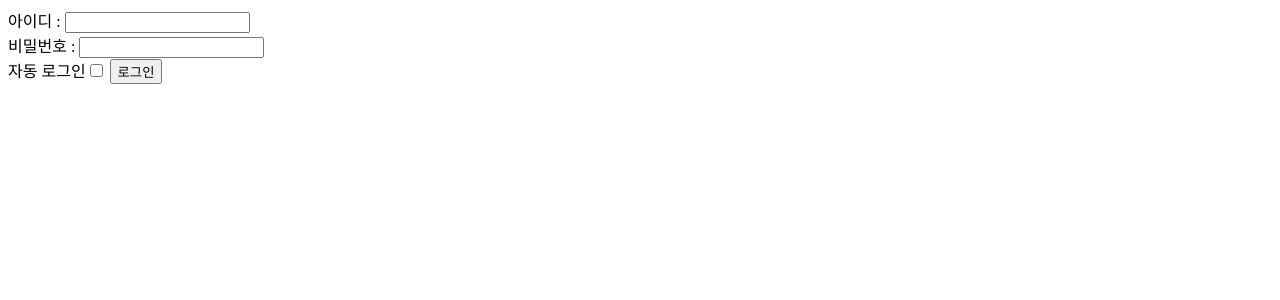
Repository: mickey530/jsp_practice
Page: http://localhost/JSPBasic/JspObject/3.cookie/cookie_login.jsp
An editor plug-in stored every save of this project. The page is shown before and after the next save, followed by the edit.
The browser window is 1280 px wide. The pictures show the whole page.
The page is served by Tomcat 9.

Above is the page before, as saved 2022-02-07 01:19:30.

### JSPBasic/src/main/webapp/JspObject/3.cookie/cookie_login.jsp
<%@ page language="java" contentType="text/html; charset=UTF-8"
    pageEncoding="UTF-8"%>
<%
	// 생성된 user_id쿠키를 검색해서 쿠키가 존재한다면
	// 로그인 창 대신에 브라우저에 "이미 로그인한 사용자입니다."
	// 를 출력해주시고, user_id가 없을 때는 로그인 입력창이 등장하도록
	// if~else문을 활용해주세요.
%>
<!DOCTYPE html>
<html>
<head>
<meta charset="UTF-8">
<title>Insert title here</title>
</head>
<body>
<!-- 로그인창은 form으로 구성해주시면 됩니다.
input text 1개(유저 아이디 입력), input password 1개(비밀번호 입력),
input checkbox 1개(자동로그인)
목적지는 cookie_login_ok.jsp 로 해주세요. -->

<form action="cookie_login_ok.jsp" mwthod="post">
	아이디 : <input type="text" name="userId"><br/>
	비밀번호 : <input type="password" name="userPw"><br/>
	자동 로그인<input type="checkbox" name="auto_login" value="on">
	<input type="submit" value="로그인">
</form>

</body>
</html>

After the next save:
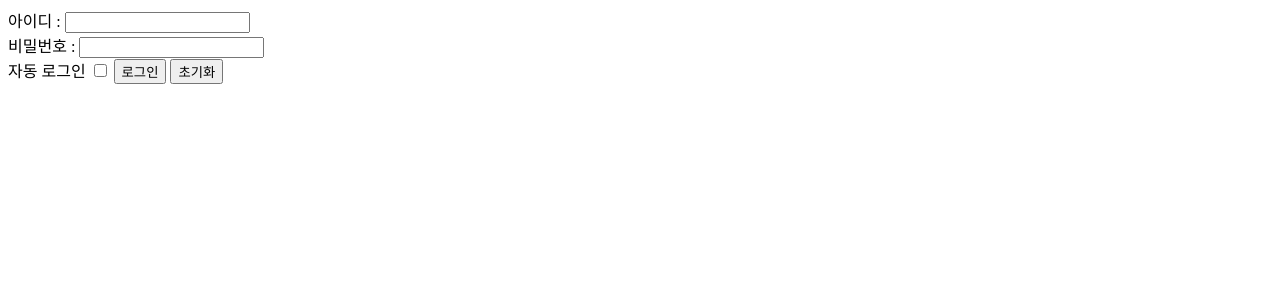
Saved 78 s later.
--- a/JSPBasic/src/main/webapp/JspObject/3.cookie/cookie_login.jsp
+++ b/JSPBasic/src/main/webapp/JspObject/3.cookie/cookie_login.jsp
@@ -21,8 +21,9 @@ input checkbox 1개(자동로그인)
 <form action="cookie_login_ok.jsp" mwthod="post">
 	아이디 : <input type="text" name="userId"><br/>
 	비밀번호 : <input type="password" name="userPw"><br/>
-	자동 로그인<input type="checkbox" name="auto_login" value="on">
+	자동 로그인 <input type="checkbox" name="auto_login" value="on">
 	<input type="submit" value="로그인">
+	<input type="reset" value="초기화">
 </form>
 
 </body>
